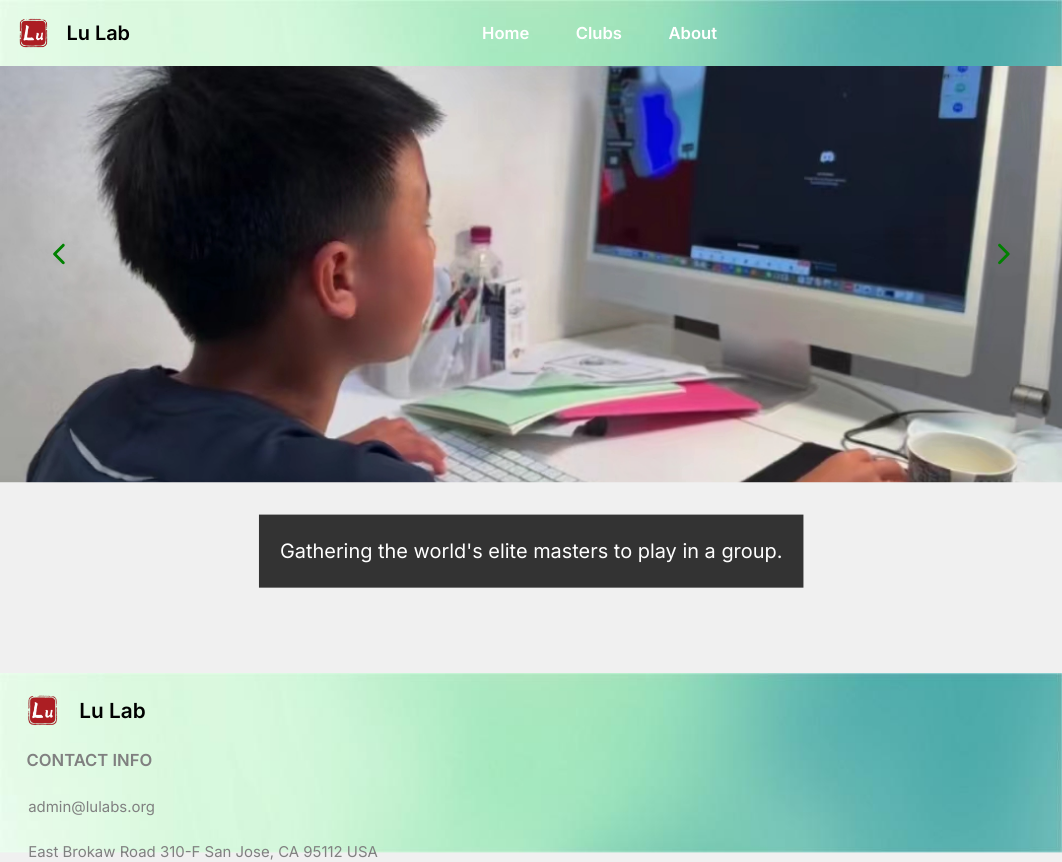
Repository: proflulab/lulab_website_next_js
Page: /
An editor plug-in stored every save of this project. The page is shown before and after the next save, followed by the edit.
The browser window is 1280 px wide. The pictures show the whole page, at 83% of full size.
The project was rebuilt for these pictures with package versions that can differ from the ones it lists, and the page was loaded fresh each time. The framework's server and built-in components were replaced by stand-ins that run in the browser. Also part of the build but not shown: next.config.js, next.config.mjs.

Above is the page before, as saved 2023-12-27 21:01:32.

After the next save:
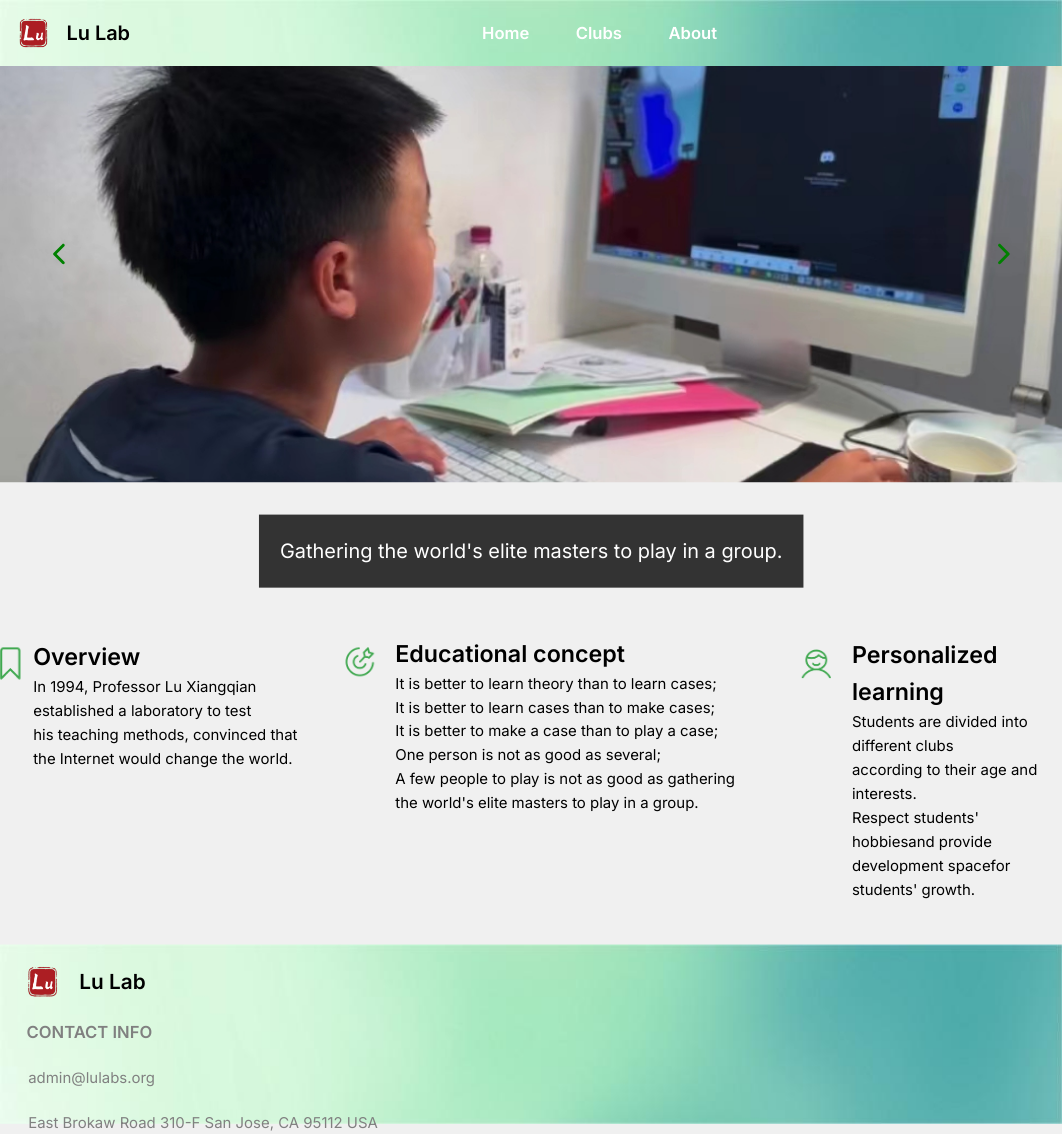
Saved 5 s later.
--- a/app/page.tsx
+++ b/app/page.tsx
@@ -295,7 +295,7 @@ const Home: React.FC = () => {
         {!isMobile && (
           <div
             style={{
-              display: "none",
+              display: "flex",
               justifyContent: "left",
               marginTop: "20px",
             }}
